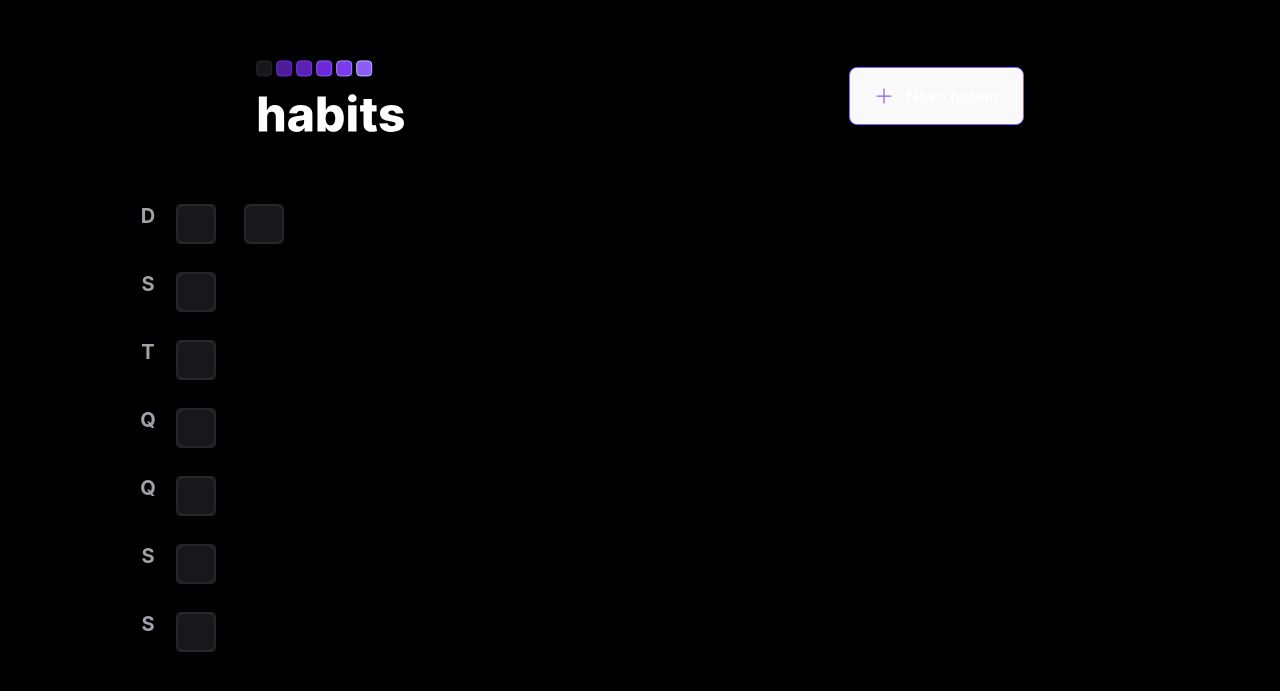
Repository: Herlander929/Setup-Constolador-de-h-bitos
Page: / (app in front-end/web/)
These files come from the project's save history. The page is drawn as it stood at one moment and after the next save; the edit follows.
The browser window is 1280 px wide. The pictures show the whole page.
The project was rebuilt for these pictures with package versions that can differ from the ones it lists, and the page was loaded fresh each time. Also part of the build but not shown: front-end/web/vite.config.ts.

Above is the page before, as saved 2023-01-19 15:10:16.

After the next save:
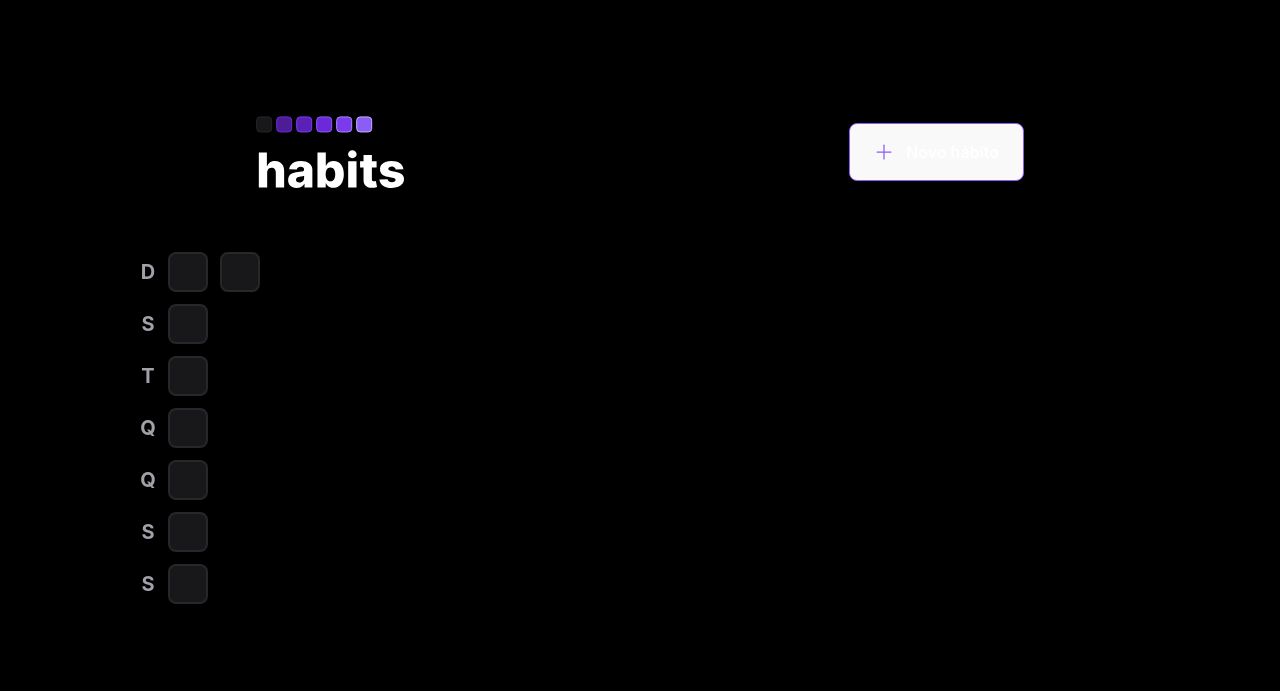
Saved 62 s later.
--- a/front-end/web/src/componentes/HabitDay.tsx
+++ b/front-end/web/src/componentes/HabitDay.tsx
@@ -7,8 +7,8 @@ interface HabitDayProps{
 
 export default function Habit (){
     return (
-        <div className="bg-zinc-900 w-10 h-10 text-white rounded m-2 flex items-center justify-center">
+
             <div className="w-10 h-10 bg-zinc-900 border-2 border-zinc-800 rounded-lg"></div>
-        </div>
+
     )
 }
